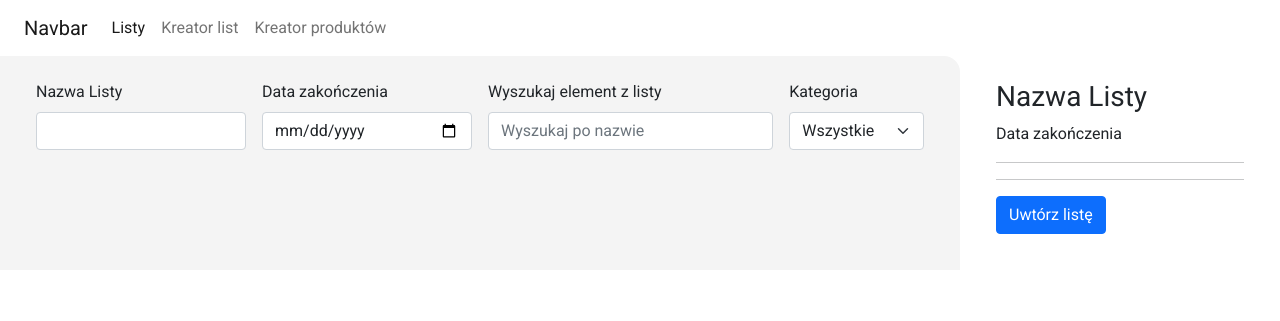
Repository: alphatra/Task-menager
Page: http://localhost/php/src/views/createList.php
An editor plug-in stored every save of this project. The page is shown before and after the next save, followed by the edit.
The browser window is 1280 px wide. The pictures show the whole page.
The page is run by PHP 8.4 with error messages shown; the project is at /var/www/html/. Queries for data that is not in the repository find no rows.

Above is the page before, as saved 2023-02-07 12:03:29.

### php/src/views/createList.php
<!DOCTYPE html>
<html lang="en">
<head>
    <meta charset="UTF-8">
    <meta http-equiv="X-UA-Compatible" content="IE=edge">
    <meta name="viewport" content="width=device-width, initial-scale=1.0">
    <title>Document</title>
    <script src="https://ajax.googleapis.com/ajax/libs/jquery/3.6.1/jquery.min.js"></script>
    <link href="https://cdn.jsdelivr.net/npm/bootstrap@5.0.2/dist/css/bootstrap.min.css" rel="stylesheet" integrity="sha384-EVSTQN3/azprG1Anm3QDgpJLIm9Nao0Yz1ztcQTwFspd3yD65VohhpuuCOmLASjC" crossorigin="anonymous">
    <script src="https://cdn.jsdelivr.net/npm/@popperjs/core@2.9.2/dist/umd/popper.min.js" integrity="sha384-IQsoLXl5PILFhosVNubq5LC7Qb9DXgDA9i+tQ8Zj3iwWAwPtgFTxbJ8NT4GN1R8p" crossorigin="anonymous"></script>
    <script src="https://cdn.jsdelivr.net/npm/bootstrap@5.0.2/dist/js/bootstrap.min.js" integrity="sha384-cVKIPhGWiC2Al4u+LWgxfKTRIcfu0JTxR+EQDz/bgldoEyl4H0zUF0QKbrJ0EcQF" crossorigin="anonymous"></script>
    <script>
        $(document).ready(function() {
            let _dataItems = [];
    let loadData = (param,_category) => {
        $.ajax({
            url: '../controller.php',
            dataType: 'json',
            method: 'POST',
            data:{tablename:"products", search: param, category:_category},
            beforeSend: function() {
                $("#loading-image").show();
             },
            success: function(data) {
                console.log(data);
                let content = $('#objects').empty()
                let dataItems = JSON.parse(JSON.stringify(data))
                _dataItems = data
                dataItems = dataItems.map((item) => {
                    return $(`
                    <div class="col-xl-3 col-lg-4 col-md-6 col-12 mb-4">
                        <div class="card">
                            <div class="card-body">
                                <span class="badge bg-success">${item.product_name}</span>
                                <h3 class="card-title">${item.product_name}</h3>
                                <h6 class="card-subtitle mb-2 text-muted">${item.category_id}</h6>
                                <p class="card-text">${item.product_description}</p>
                                <input class="btn btn-primary" id="add_tolist" type="button" value="Dodaj" name="${item.id_product}">
                            </div>
                        </div>
                    </div>
                    `)
                })
                content.append(dataItems)

            },
            error: function (jqXHR, exception){
                console.log(jqXHR, exception);

            }
        })

    }
    let createList_Ajax = (param) =>{
        $.ajax({
            url: '../controller_1.php',
            method: 'POST',
            data:{data: param},
            cache: false,
            success: function(data) {
                console.log(data);
            },
            error: function (xhr, status, error){
                console.log(status);

            }
        })
    }
    let createListItems_Ajax = (param) =>{
        $.ajax({
            url: '../controller_1.php',
            method: 'POST',
            data:{data: param},
            cache: false,
            success: function(data) {
                console.log(data);
            },
            error: function (xhr, status, error){
                console.log(status);

            }
        })
    }

    loadData()

    $("#searchItem, select").on("keyup change", function() {
        let inputVal = $("#searchItem").val();
        let selectVal = $("select").val();
        if (inputVal.length > 0 || selectVal > 0) {
            inputVal = inputVal.length == 0 ? '' : inputVal;
            selectVal = selectVal == 0 ? '' : selectVal;
            loadData(inputVal, selectVal);
        } else {
            loadData();
        }
    });


    let products = {product_id:[],product_title:[],qty:[]};
    let list = {
            list_name: '',
            end_date: '',
            products: [products]
        };

    let add_products = (id, title, quantity) => {
        if (!checkIfExists(id)) {
            products.product_id.push(id);
            products.product_title.push(title);
            products.qty.push(quantity);
        }
    }

    let checkIfExists = (id) => {
        for (let i = 0; i < products.product_id.length; i++) {
            if (products.product_id[i] === id) {
                return true;
            }
        }
        return false;
    }

    let searchedProduct = (_id) =>{
        let found =  _dataItems.find(e => e.id_product == _id)
        return found.product_name
    }

    let generateContent = (_item) => {
        let content = $('#list_elements')
        content.empty()
        let listItems = _item.map((item) => { return $(`<h5>${searchedProduct(+item)}</h5>`)})
        content.append(listItems)
    }

    let crateList = () => {
        if(list.list_name != '' || list.end_date != '' || products.product_id.length != 0){
            console.log(list);
            createList_Ajax(list)
        }
    }
    $(document).on("click", "#add_tolist", function() {
        //console.log(list);
        //console.log(+this.name);
        //console.log(searchedProduct(+this.name));
        var myModal = new bootstrap.Modal(document.getElementById("exampleModal"))
        if(list.list_name == '' || list.end_date == ''){
            myModal.show()
            $(document).on("click", ".btn-secondary", function() {
                myModal.hide()
            })
            if (list.list_name == '') {
                $("#listName").addClass("is-invalid")
            }else{
                $("#listName").removeClass("is-invalid")
            }
            if (list.end_date == '') {
                $("#endDate").addClass("is-invalid")
            }else{
                $("#endDate").removeClass("is-invalid")
            }
            //console.log("Nie",list)
        }else{
            add_products(this.name, searchedProduct(+this.name), 1);
            generateContent(list.products['product_id'])
            $("#listName, #endDate").removeClass("is-invalid")
            //console.log("Tak",list);
        }
    });
    $(document).on("click", "#crateList_button", function() {
        console.log(crateList());
    });
    $("#listName, #endDate").on("keyup change",function(){
        list = {
            list_name: $("#listName").val(),
            end_date: $("#endDate").val(),
            products: products
        }
        $("#list_name").text($("#listName").val());
        $("#end_date").text($("#endDate").val());
    });
})

    </script>
    <link rel="stylesheet" href="../assets/style.css">
</head>
<body>
    <!-- Modal -->
    <div class="modal fade" id="exampleModal" tabindex="-1" role="dialog" aria-labelledby="exampleModalLabel" aria-hidden="true">
        <div class="modal-dialog">
            <div class="modal-content">
                <div class="modal-header">
                    <h5 class="modal-title" id="exampleModalLabel">Uwaga!</h5>
                    <button type="button" class="btn-close" data-dismiss="modal" aria-label="Zamknij"></button>
                </div>
                <div class="modal-body">
                    Nie wypełniłeś wszystkich pól!
                </div>
                <div class="modal-footer">
                    <button type="button" class="btn btn-secondary" data-dismiss="modal">Zamknij</button>
                </div>
            </div>
        </div>
    </div>

    <div class="container-fluid">
        <nav class="navbar navbar-expand-lg navbar-light ">
            <div class="container-fluid">
                <a class="navbar-brand" href="#">Navbar</a>
                <button class="navbar-toggler" type="button" data-bs-toggle="collapse" data-bs-target="#navbarNav" aria-controls="navbarNav" aria-expanded="false" aria-label="Toggle navigation">
                    <span class="navbar-toggler-icon"></span>
                </button>
                <div class="collapse navbar-collapse" id="navbarNav">
                    <ul class="navbar-nav">
                        <li class="nav-item">
                            <a class="nav-link active" href="/">Listy</a>
                        </li>
                        <li class="nav-item">
                            <a class="nav-link" aria-current="page" href="views/createList.php">Kreator list</a>
                        </li>
                        <li class="nav-item">
                            <a class="nav-link" href="views/createProduct.php">Kreator produktów</a>
                        </li>
                    </ul>
                </div>
            </div>
        </nav>
        <div class="row">
            <div class="col-lg-9" style="background-color: #F4F4F4; border-top-right-radius: 1rem">
                <div class="container py-4 px-4">
                <form class="row g-3 needs-validation" novalidate>
                    <div id="listName_" class="col-md-3">
                        <label for="listName" class="form-label">Nazwa Listy</label>
                        <input type="text" class="form-control" id="listName" required>
                        <div class="invalid-feedback">
                            Podaj nazwę listy!
                        </div>
                    </div>
                    <div id="endDate_" class="col-md-3">
                        <label for="endDate" class="form-label">Data zakończenia</label>
                        <input type="date" class="form-control" id="endDate" required>
                        <div class="invalid-feedback">
                            Podaj nazwę listy!
                        </div>
                    </div>
                    <div id="searchItem_" class="col-md-4">
                        <label for="searchItem" class="form-label">Wyszukaj element z listy</label>
                        <input type="search" class="form-control" id="searchItem" aria-label="Search" placeholder="Wyszukaj po nazwie">
                    </div>
                    <div class="col-md-2">
                        <label for="inputState" class="form-label">Kategoria</label>
                        <select id="inputState" class="form-select">
                            <option selected value="0">Wszystkie</option>
                            <option value="1">Elektronika</option>
                            <option value="2">Meble</option>
                            <option value="3">Kosmetyki</option>
                            <option value="4">Jedzenie</option>
                            <option value="5">Ubrania</option>
                            <option value="6">Zabawki</option>
                            <option value="7">Sport</option>
                            <option value="8">Ksiązki</option>
                            <option value="9">Narzędzia</option>
                            <option value="10">RTV</option>
                        </select>
                    </div>
                </form>
                <div id="objects" class="row m-0 my-5"></div>
                </div>
            </div>
            <div class="col-lg-3">
                <div class="container pt-4">
                <h3 id="list_name">Nazwa Listy</h3>
                <span id="end_date">Data zakończenia</span>
                <hr class="hr" />
                <div id="list_elements" style="background-color:red"></div>
                <hr class="hr" />
                <button type="submit" id="crateList_button" class="btn btn-primary">Uwtórz listę</button>
                </div>
            </div>
        </div>
    </div>
</body>
</html>

### php/src/controller.php
<?php
session_start();
require_once('./model/CRUD.php');


$db = new db();
$_tablename = $_POST['tablename'];
if(isset($_POST['search'])){
    $search = $_POST['search'];
    $result = $db->searchData($_tablename,$search,'');
    if(isset($_POST['category'])){
        $_category = $_POST['category'];
        $result = $db->searchData($_tablename,$search,$_category);
    }
    echo $result;
}else{
    echo $db->getData($_tablename);
}
?>

### php/src/model/CRUD.php
<?php
class db{
    private $conn;
    public $servername;
    public $username;
    public $password;
    public $database;
    public $tablename;

    public function __construct($host="db", $database="mydb",
                                $username="root", $password="root"){
        $this->host = $host;
        $this->database = $database;
        $this->username = $username;
        $this->password = $password;

        try {
            // Tworzenie połączenia
            $this->conn = new mysqli($host, $username, $password, $database);
        } catch (Exception $e) {
            // Sprawdzanie połączenia
            die("Connection failed: " . mysqli_connect_error());

        }

        return $this->conn;
    }

    // Wyświetlanie list z bazy danych
    public function getData($tablename){
        $this->tablename = $tablename;
        $query = "SELECT * FROM $this->tablename";
        $result = mysqli_query($this->conn, $query);
        $result = mysqli_fetch_all($result, MYSQLI_ASSOC);

        return json_encode($result);
    }

    // Wyświetlanie list z bazy danych wraz z wyszukiwaniem
    public function searchData($tablename, $search, $category){
        $this->tablename = $tablename;
        $this->search = $search;
        $this->category = $category;
        if($tablename == 'products'){
            $query = "SELECT * FROM $this->tablename WHERE product_name LIKE '$this->search%'";
            if($category != ''){
                $query .= " AND category_id = $this->category";
            }
        }else{
            $query = "SELECT * FROM $this->tablename WHERE name LIKE '$this->search%'";
            if($category != ''){
                $query .= " AND category_id = $this->category";
            }
        }
        $result = mysqli_query($this->conn, $query);
        $result = mysqli_fetch_all($result, MYSQLI_ASSOC);

        return json_encode($result);
    }
    /*
    public function searchData($tablename="", $search=""){
        $this->tablename = "list";
        $this->search = "{$search}%";
        $query = "SELECT * FROM $this->tablename WHERE name LIKE ?";
        $stmt = $this->conn->prepare($query);
        $stmt->bind_param("s",$search);
        $stmt->execute();
        $result = $stmt->get_result();

        return json_encode($result->fetch_all(MYSQLI_ASSOC));
    }
    */

    // Dodawanie produktów do bazy danych
    public function createProduct($Param){
        $product_name = $Param[0];
        $product_description = $Param[1];
        $product_image = $Param[2];
        $category_id = $Param[3];
        $query = "INSERT INTO products (product_name, product_description, product_image, category_id)
                    VALUES ('{$product_name}', '{$product_description}', '{$product_image}', '{$category_id}')";

        mysqli_query($this->conn, $query);
    }

    public function fetchData($Data){
        $this->Data = $Data;
        $decoded_json = json_decode($Data, true);
        $product_name = $decoded_json['product_name'];
        $product_description = $decoded_json['product_description'];
        $product_image = $decoded_json['product_image'];
        $category_id = $decoded_json['category_id'];
        return [$product_name, $product_description, $product_image, $category_id];
    }

    public function getMaxId($tablename){
        $this->tablename = $tablename;
        $query = "SELECT MAX( id ) AS `Max_Id` FROM $this->tablename";
        $result = mysqli_query($this->conn, $query);
        $result = mysqli_fetch_all($result, MYSQLI_ASSOC);
        $result = $result[0]['Max_Id'];

        return $result + 1;
    }

    public function getIdList($list_name){
        $this->list_name = $list_name;
        $query = "SELECT id FROM list WHERE name = '$this->list_name'";
        $result = mysqli_query($this->conn, $query);
        $result = mysqli_fetch_all($result, MYSQLI_ASSOC);
        $result = $result[0]['id'];

        return $result;
    }

    public function createList($list_name, $end_date){
        $id = $this->getMaxId('list');
        $this->list_name = $list_name;
        $created_date = date("Y-m-d h:i:s");
        $this->end_date = $end_date;
        $query = "INSERT INTO list (id, name, created_date, end_date) VALUES ('{$id}','{$list_name}','{$created_date}','{$end_date}')";
        mysqli_query($this->conn, $query);
        return $query;
    }

    public function createListItems($qty,$list_name,$id_product){
        $id = $this->getMaxId('list_items');
        $this->qty = $qty;
        $this->list_name = $list_name;
        $list_name = $this->getIdList($list_name);
        $this->id_product = $id_product;

        $query = "INSERT INTO list_items (id, quantity, list_id, id_product) VALUES ('{$id}', '{$this->qty}', '{$list_name}', '{$this->id_product}')";
        mysqli_query($this->conn, $query);
        return $query;
    }
}
?>

### php/src/assets/style.css
@import url('https://fonts.googleapis.com/css2?family=Roboto:ital,wght@0,300;0,400;1,500&display=swap');

body {
    font-family: 'Roboto', sans-serif;
    font-size: 16px;
    line-height: 1.5;
    background-color: white;
    margin: 0;
    padding: 0;
}
.black-border {
    border: 1px solid black;
    padding: 1rem;
}
hr {
    margin: 1rem 0;
    color: inherit;
    background-color: currentColor;
    border: 0;
    opacity: 0.25;
  }

After the next save:
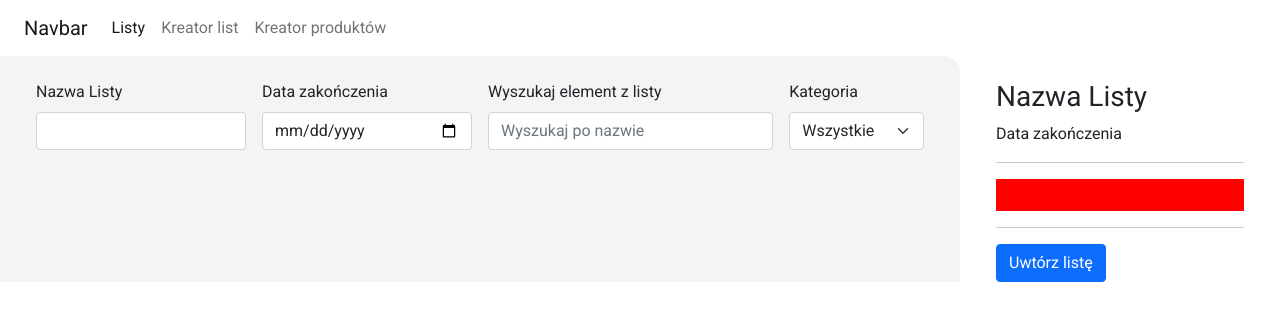
Saved 28 s later.
--- a/php/src/views/createList.php
+++ b/php/src/views/createList.php
@@ -272,7 +272,7 @@
                 <h3 id="list_name">Nazwa Listy</h3>
                 <span id="end_date">Data zakończenia</span>
                 <hr class="hr" />
-                <div id="list_elements" style="background-color:red"></div>
+                <div id="list_elements" class="px-3 py-3" style="background-color:red"></div>
                 <hr class="hr" />
                 <button type="submit" id="crateList_button" class="btn btn-primary">Uwtórz listę</button>
                 </div>
